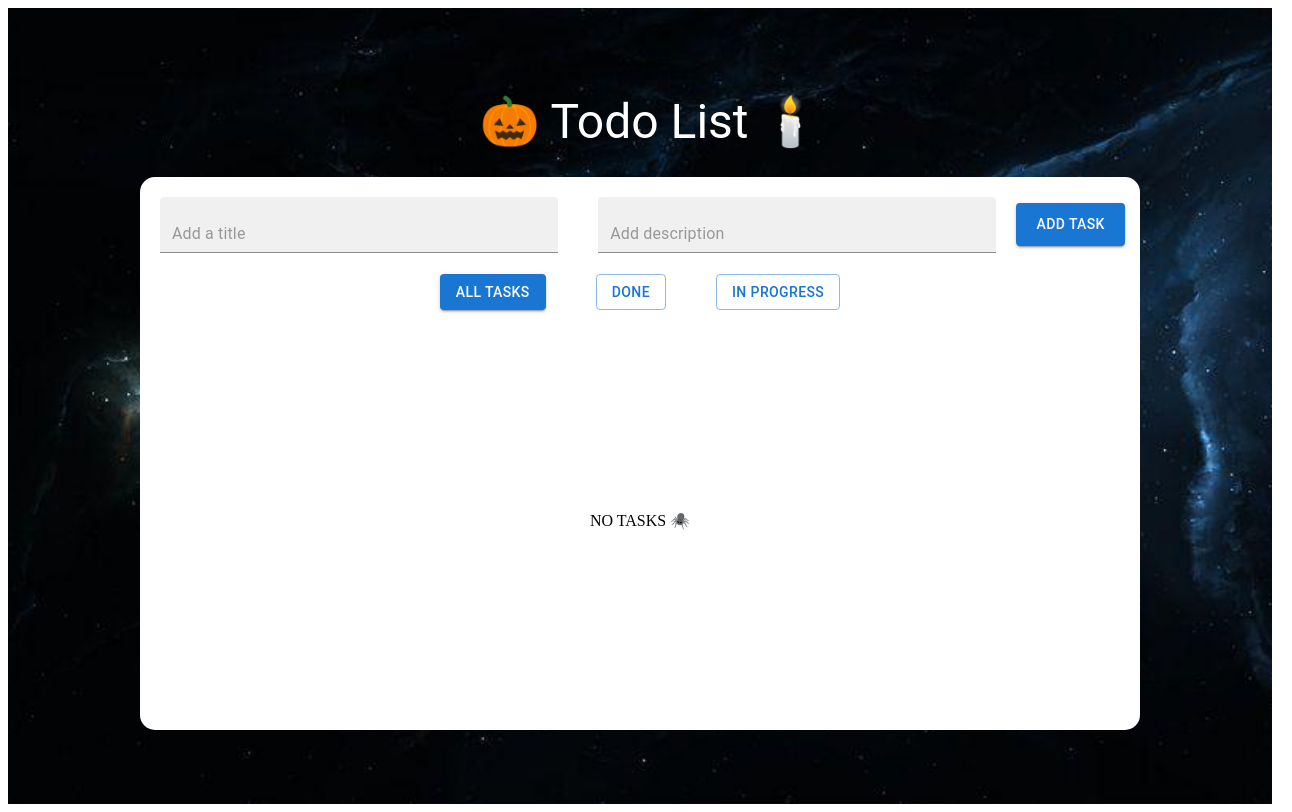
Repository: Tracy-maker/TodoList
Page: /
The author's editor kept a copy of each file at every save. The page is drawn from the files as they stood at one save, then again after the next save.
The browser window is 1280 px wide. The page is 1292 px wide, so the pictures cover 1292 px, including what lies to the right of the window. The pictures show the whole page.
The project was rebuilt for these pictures with package versions that can differ from the ones it lists, and the page was loaded fresh each time. Also part of the build but not shown: src/components/TaskEdit.js, src/components/TaskShow.js.

Above is the page before, as saved 2023-09-21 08:02:49.

After the next save:
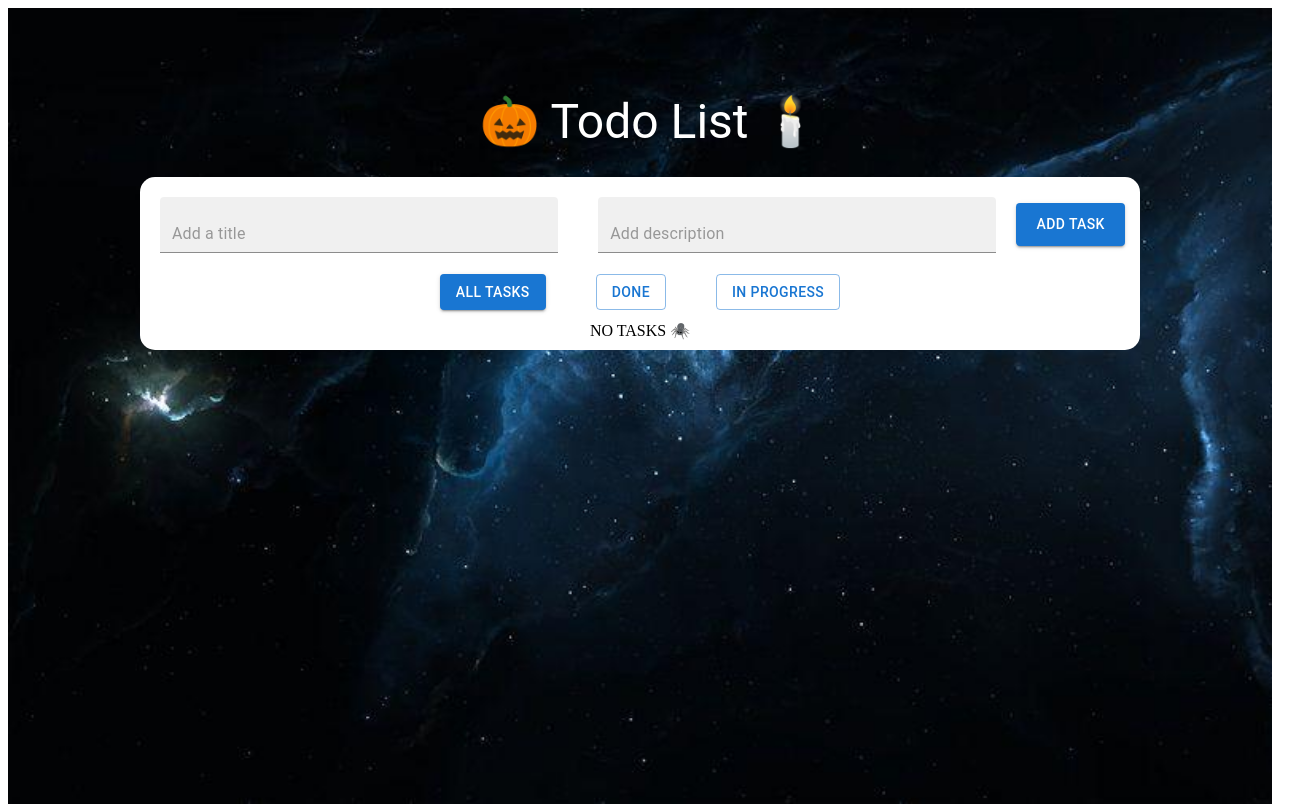
Saved 30 s later.
--- a/src/components/TaskList.js
+++ b/src/components/TaskList.js
@@ -5,7 +5,7 @@ import styled from "styled-components";
 
 const Reminder = styled(Box)`
   text-align: center;
-  padding: 20%;
+  padding: 10px;
 `;
 
 function TaskList(props) {
